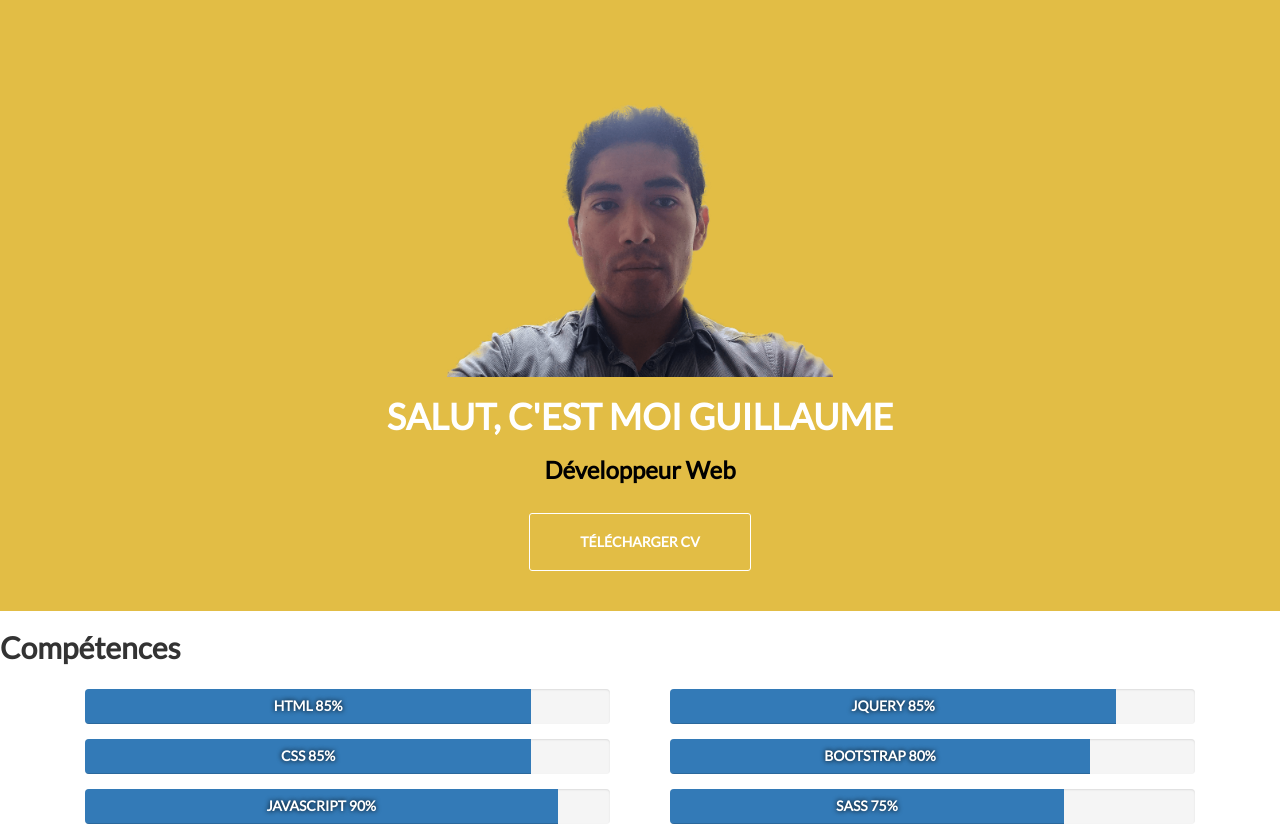
Repository: 0Memo/mon-cv
Page: index.html
These files come from the project's save history. The page is drawn as it stood at one moment and after the next save; the edit follows.
The browser window is 1280 px wide. The pictures show the whole page.

Above is the page before, as saved 2020-12-28 21:04:47.

### index.html
<!DOCTYPE html>
<html lang="en">
    <head>
        <meta charset="UTF-8">
        <meta name="viewport" content="width=device-width, initial-scale=1.0">
        <meta name="description" content="Voici mon cv, vous pourrez découvrir mon parcours de formation, et mes expériences professionnelles">
        <meta name="author" content="Guillaume Mehats">
        <title>Mon CV</title>
        <link rel="preconnect" href="https://fonts.gstatic.com">
        <link href="https://fonts.googleapis.com/css2?family=Lato&display=swap" rel="stylesheet">
        <link rel="stylesheet" href="css/bootstrap.min.css">
        <link rel="stylesheet" href="css/styles.css">
        <link rel="shortcut icon" href="img/colombia.png">
    </head>
    <body>
        <section id="about" class="container-fluid">
            <div class="col-xs-8 col-md-4 profile-picture">
                <img src="img/photo.png" alt="Guillaume" class="rounded-circle">
            </div>
            <div class="heading">
                <h1>Salut, c'est moi Guillaume</h1>
                <h3>Développeur Web</h3>
                <a href="docs/CV_Guillaume_Mehats.pdf" class="button1">Télécharger CV</a>
            </div>
        </section>

        <section id="skills">
            <div class="yellow-divider">
            </div>
            <div class="heading">
                <h2>Compétences</h2>
            </div>
            <div class="container">
                <div class="row">
                    <div class="col-md-6">
                        <div class="progress">
                            <div class="progress-bar" role="progressbar" aria-valuenow="85" aria-valuemin="0" aria-valuemax="100" style="width:85%">
                                <h5>HTML 85%</h5>
                            </div>
                        </div>
                        <div class="progress">
                            <div class="progress-bar" role="progressbar" aria-valuenow="85" aria-valuemin="0" aria-valuemax="100" style="width:85%">
                                <h5>CSS 85%</h5>
                            </div>
                        </div>
                        <div class="progress">
                            <div class="progress-bar" role="progressbar" aria-valuenow="90" aria-valuemin="0" aria-valuemax="100" style="width:90%">
                                <h5>JAVASCRIPT 90%</h5>
                            </div>
                        </div>
                    </div>
                    <div class="col-md-6">
                        <div class="progress">
                            <div class="progress-bar" role="progressbar" aria-valuenow="85" aria-valuemin="0" aria-valuemax="100" style="width:85%">
                                <h5>JQUERY 85%</h5>
                            </div>
                        </div>
                        <div class="progress">
                            <div class="progress-bar" role="progressbar" aria-valuenow="80" aria-valuemin="0" aria-valuemax="100" style="width:80%">
                                <h5>BOOTSTRAP 80%</h5>
                            </div>
                        </div>
                        <div class="progress">
                            <div class="progress-bar" role="progressbar" aria-valuenow="75" aria-valuemin="0" aria-valuemax="100" style="width:75%">
                                <h5>SASS 75%</h5>
                            </div>
                        </div>
                    </div>
                </div>
            </div>
        </section>


        <script src="js/jquery-3.5.1.min.js"></script>
        <script src="https://cdn.jsdelivr.net/npm/popper.js@1.16.0/dist/umd/popper.min.js" integrity="sha384-Q6E9RHvbIyZFJoft+2mJbHaEWldlvI9IOYy5n3zV9zzTtmI3UksdQRVvoxMfooAo" crossorigin="anonymous"></script>
        <script src="js/bootstrap.min.js"></script>
        <script src="js/script.js"></script>
    </body>
</html>

### css/styles.css
body {
    font-family: 'Lato', sans-serif;
}

h1, h2, h3, h4, h5, h6 {
    font-weight: bold;
}


.profile-picture {
    text-align: center;
    margin: 0 auto;
    float: none;
}

img {
    max-width: 100%;
    height: auto;
}
#about {
    padding-top: 100px;
    background: #e2bd45;
}

#about  .heading {
    text-align: center;
    padding-bottom: 40px;
}

#about .heading h1 {
    color: #fff;
    text-transform: uppercase;
}

#about .heading h3 {
    color: #000;
}

#about .heading .button1 {
    color: #fff;
    font-weight: bold;
    text-transform: uppercase;
    border: 1px solid #fff;
    margin-top: 20px;
    display: inline-block;
    padding: 18px 50px;
    border-radius: 3px;
    transition: all 0.3s ease-in 0s;
}

#about .heading .button1:hover {
    text-decoration: none;
    background: #fff;
    color: #e2bd45;
}

#skills .progress {
    margin: 15px;
    height: 35px;
}

#skills .progress .progress-bar h5 {
    text-shadow: 0 0 5px #000;
    font-size: 14px;
    line-height: 14px;
}

Loaded but not shown: css/bootstrap.min.css (library); js/jquery-3.5.1.min.js (library); js/bootstrap.min.js (library); js/script.js (no copy from this time; the picture is the same without it)

After the next save:
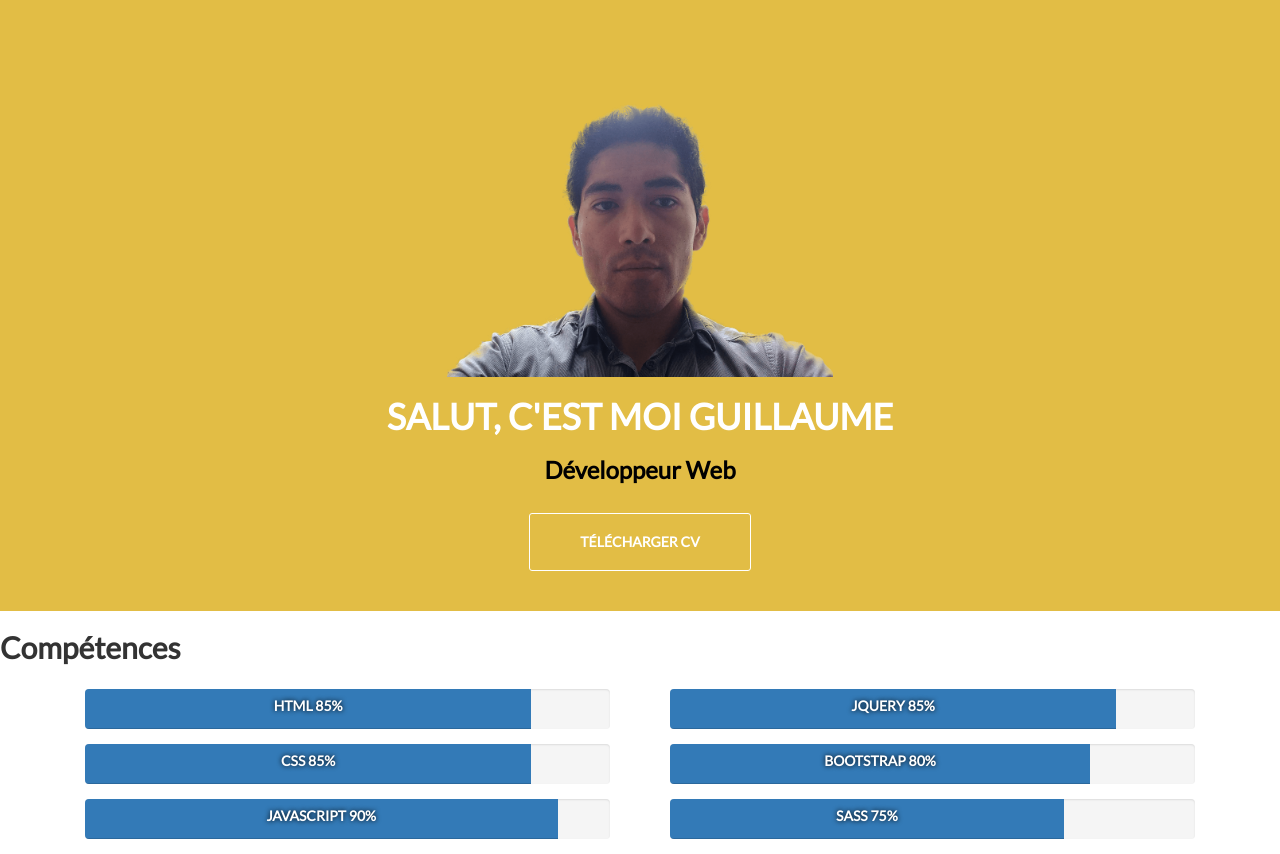
Saved 5 s later.
--- a/css/styles.css
+++ b/css/styles.css
@@ -56,7 +56,7 @@ img {
 
 #skills .progress {
     margin: 15px;
-    height: 35px;
+    height: 40px;
 }
 
 #skills .progress .progress-bar h5 {
